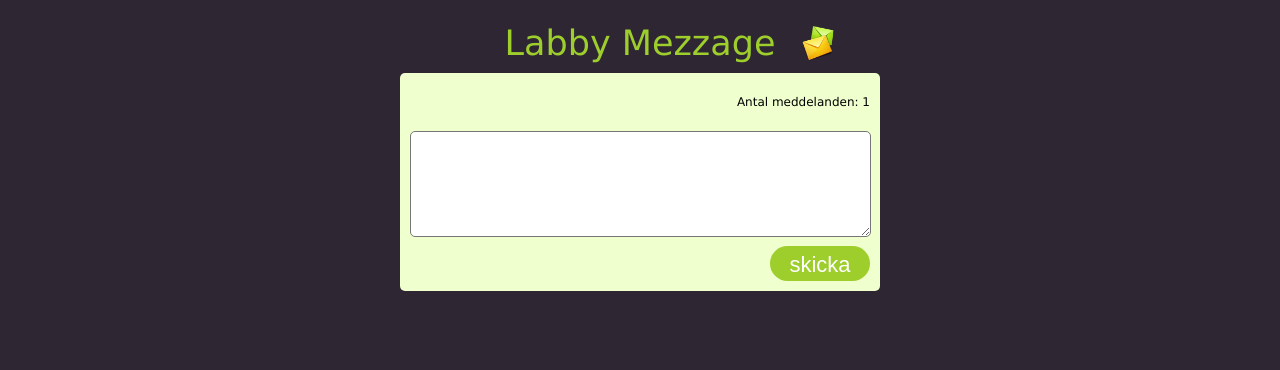
Repository: ad222kr/1dv403-laborationer
Page: 2-labbymezzage/index.html
The author's editor kept a record of every edit. The page is drawn from the files as they stood at one moment, then again after the next edit.
The browser window is 1280 px wide. The pictures show the whole page.

Above is the page before.

After the next edit:
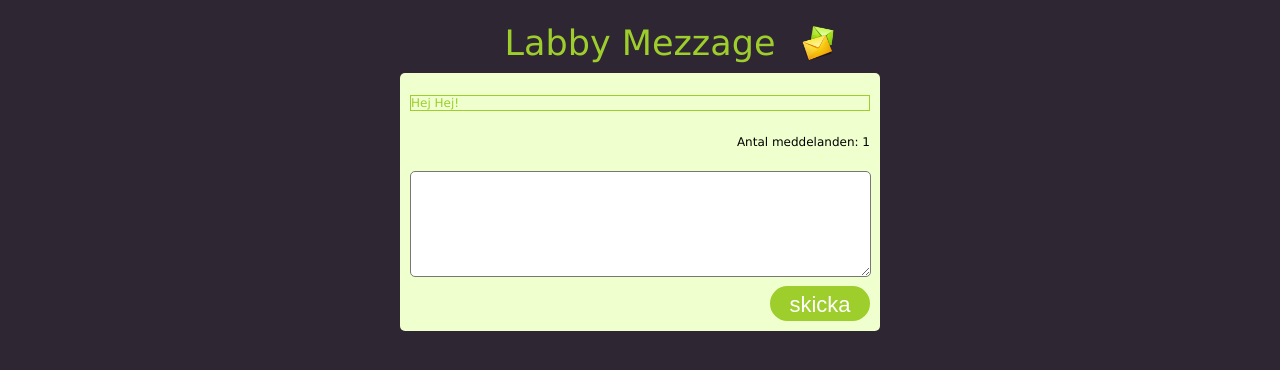
The edit:
--- a/2-labbymezzage/index.html
+++ b/2-labbymezzage/index.html
@@ -13,7 +13,7 @@
         <div id ="container">
             <header><h1>Labby Mezzage</h1></header>
             <div id="content">
-                <div id="messages"></div>
+                <div id="messages"><p class="message">Hej Hej!</p></div>
 
                 <div id="numberofmess"><p>Antal meddelanden: 1</p></div>
                 <form id="form">
